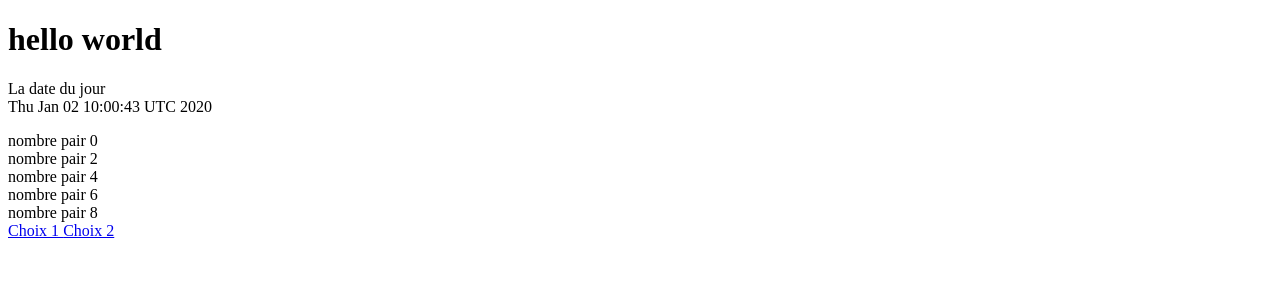
Repository: teddyruppin/GitFormateur
Page: http://localhost/JSP01/
An editor plug-in stored every save of this project. The page is shown before and after the next save, followed by the edit.
The browser window is 1280 px wide. The pictures show the whole page.
The page is served by Tomcat 9. Other server files are loaded and not shown.

Above is the page before, as saved 2020-01-02 12:47:34.

### src/projpoo1/JSP01/WebContent/index.jsp
<%@ page language="java" contentType="text/html; charset=ISO-8859-1"
    pageEncoding="ISO-8859-1"%>
    <%@ page import="java.util.Date" %>
<!DOCTYPE html>
<html>
<head>
<meta charset="ISO-8859-1">
<title>page welcome JSP01</title>
</head>
<body>
	<h1> hello world </h1>
	<p> La date du jour <br/> <%=  new Date() %> </p>

	<%

	for(int i=0;i<10;i++)
		if (i%2 == 0){
			out.append("nombre pair " + i + "<br/>");
		}

	%>

	<a href="Menu?choix=1"> Choix 1 </a>
	<a href="Menu?choix=2"> Choix 2 </a>

</body>
</html>

After the next save:
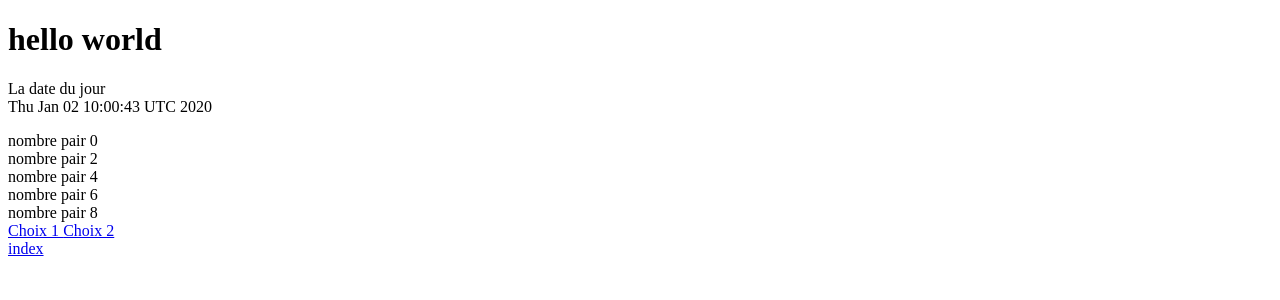
Saved 62 s later.
--- a/src/projpoo1/JSP01/WebContent/index.jsp
+++ b/src/projpoo1/JSP01/WebContent/index.jsp
@@ -22,6 +22,8 @@
 
 	<a href="Menu?choix=1"> Choix 1 </a>
 	<a href="Menu?choix=2"> Choix 2 </a>
+	<br/>
+	<a href="index.jsp"> index </a>
 
 </body>
 </html>

After the save that followed:
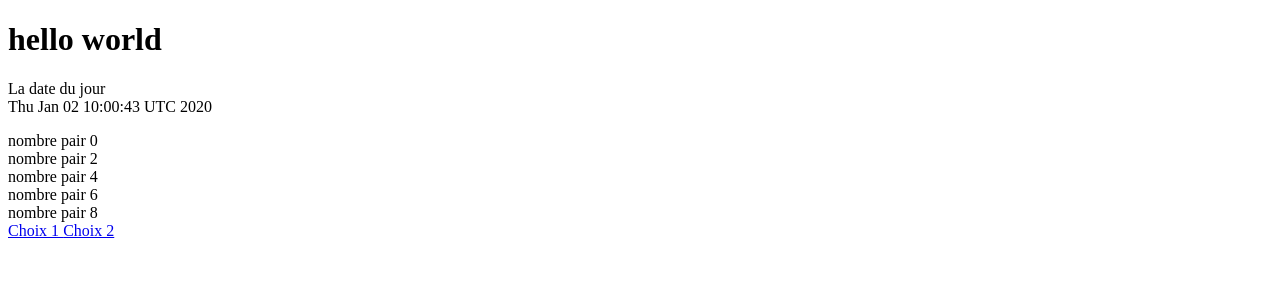
Saved 41 s later.
--- a/src/projpoo1/JSP01/WebContent/index.jsp
+++ b/src/projpoo1/JSP01/WebContent/index.jsp
@@ -22,8 +22,6 @@
 
 	<a href="Menu?choix=1"> Choix 1 </a>
 	<a href="Menu?choix=2"> Choix 2 </a>
-	<br/>
-	<a href="index.jsp"> index </a>
 
 </body>
 </html>
